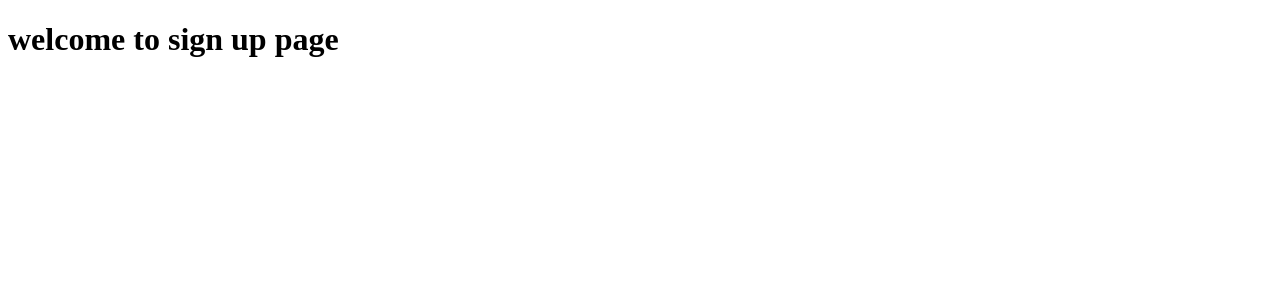
Repository: OmarAl-Saleh/Hospital-Emergency-System
Page: http://localhost/EmergencySystem/patient/sign-up.jsp
An editor plug-in stored every save of this project. The page is shown before and after the next save, followed by the edit.
The browser window is 1280 px wide. The pictures show the whole page.
The page is served by Tomcat 9. Other server files are loaded and not shown.

Above is the page before, as saved 2024-05-22 07:55:53.

### EmergencySystem/EmergencySystem/src/main/webapp/patient/sign-up.jsp
<%@ page language="java" contentType="text/html; charset=ISO-8859-1"
    pageEncoding="ISO-8859-1"%>
<!DOCTYPE html>
<html>
<head>
<meta charset="ISO-8859-1">
<title>patient sign up page</title>
</head>
<body>
<h1>welcome to sign up page</h1>
</body>
</html>

After the next save:
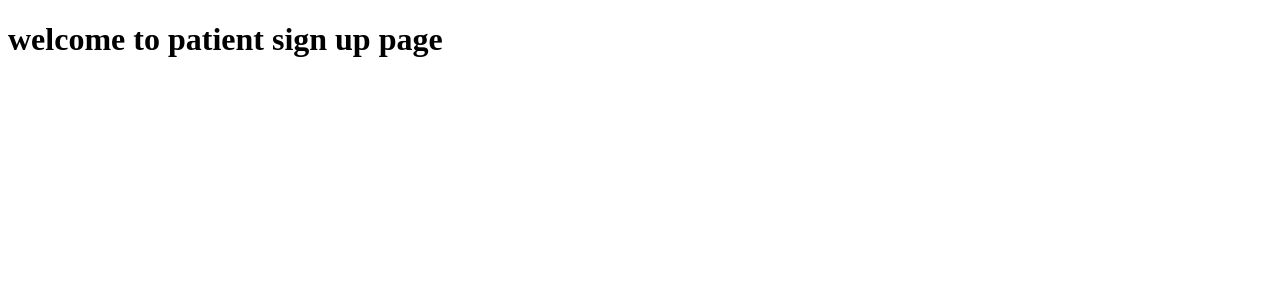
Saved 11 s later.
--- a/EmergencySystem/EmergencySystem/src/main/webapp/patient/sign-up.jsp
+++ b/EmergencySystem/EmergencySystem/src/main/webapp/patient/sign-up.jsp
@@ -7,6 +7,6 @@
 <title>patient sign up page</title>
 </head>
 <body>
-<h1>welcome to sign up page</h1>
+<h1>welcome to patient sign up page</h1>
 </body>
 </html>
